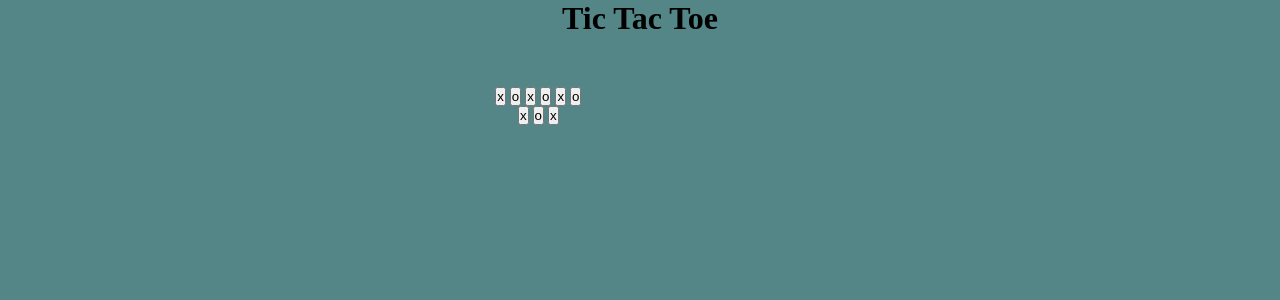
Repository: Mohitkumar1322/FrontendPracticee
Page: TicTacToeProject/index.html
These files come from the project's save history. The page is drawn as it stood at one moment and after a run of saves; the edit follows.
The browser window is 1280 px wide. The pictures show the whole page.

Above is the page before, as saved 2025-07-21 18:43:51.

After the next 6 saves:
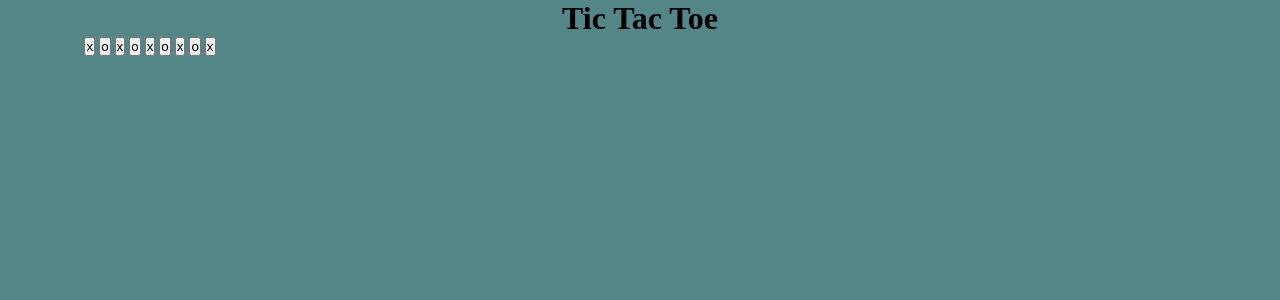
The 6 saves are shown as one change because they came seconds apart.
The last was saved 17 s later.
--- a/TicTacToeProject/style.css
+++ b/TicTacToeProject/style.css
@@ -10,9 +10,9 @@
 .container{
     width: 300px;
     height: 70vh;
-    display: grid;
-    grid-template-columns: repeat(3, 1fr);
-    grid-template-rows: repeat(3, 1fr);
-    gap: 5px;
-    margin: 50px auto;
+
 }
+
+.box{
+
+}
